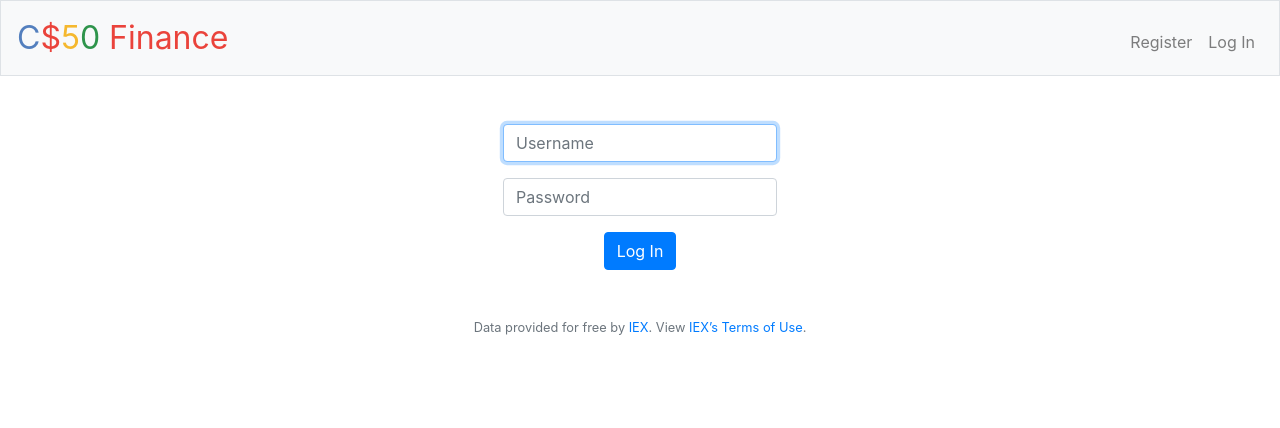
Repository: Mackeyrw/gitTest-CS50
Page: pset8/finance/templates/register.html
The author's editor kept a record of every edit. The page is drawn from the files as they stood at one moment, then again after the next edit.
The browser window is 1280 px wide. The pictures show the whole page.
The template is drawn by Flask 3. The application's start-up code is not run. The template is opened directly, without the code that normally fills it, so the values that code supplies are empty.

Above is the page before.

After the next edit:
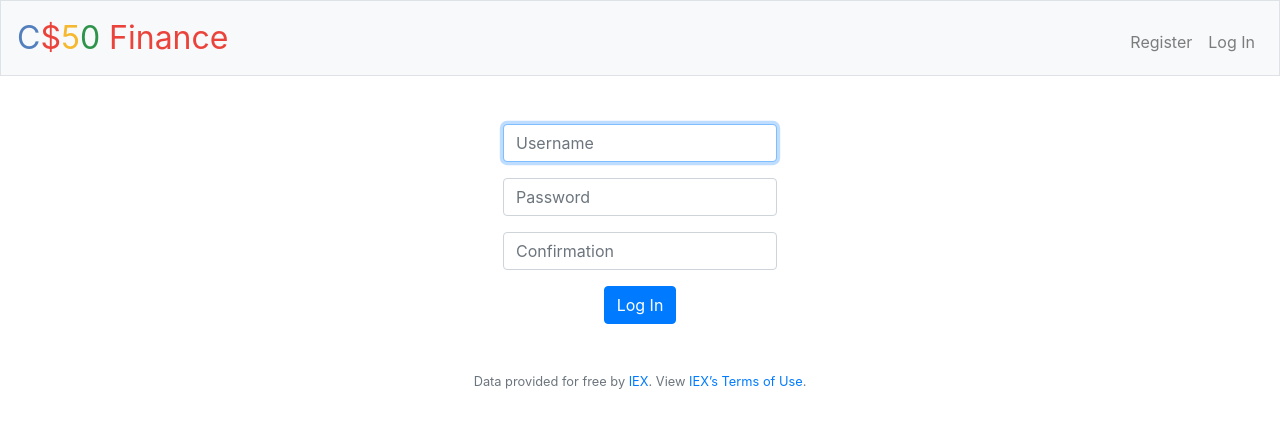
The edit:
--- a/pset8/finance/templates/register.html
+++ b/pset8/finance/templates/register.html
@@ -12,6 +12,9 @@
         <div class="form-group">
             <input class="form-control" name="password" placeholder="Password" type="password">
         </div>
+        <div class="form-group">
+            <input class="form-control" name="confirmation" placeholder="Confirmation" type="password">
+        </div>
         <button class="btn btn-primary" type="submit">Log In</button>
     </form>
 {% endblock %}
